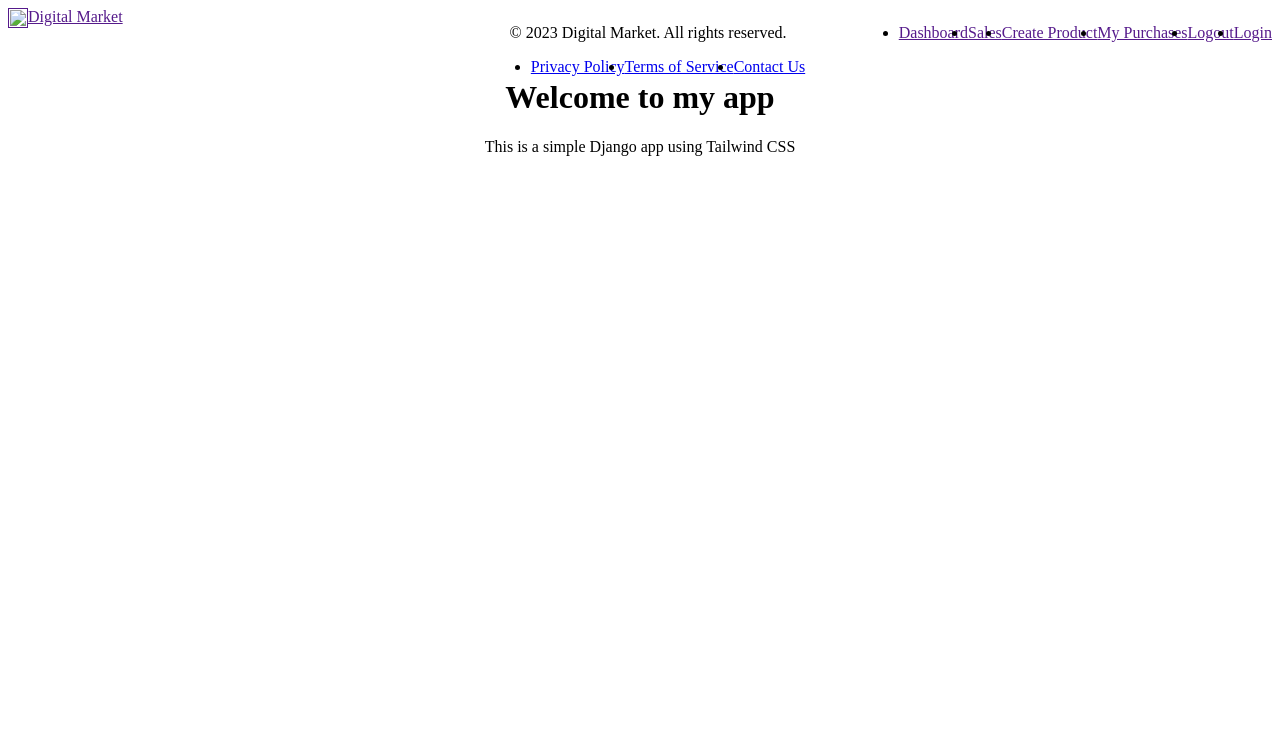
Repository: Zedestar/DigitalMarket_django
Page: http://localhost/
An editor plug-in stored every save of this project. The page is shown before and after the next save, followed by the edit.
The browser window is 1280 px wide. The page is 1288 px wide, so the pictures cover 1288 px, including what lies to the right of the window. The pictures show the whole page.
The page is served by the project's application, run on Django 5.2 (manage.py). Other server files are loaded and not shown. Style sheets and scripts are compiled from the project's sources, by tool versions that may differ from the author's.

Above is the page before, as saved 2025-03-19 17:49:39.

### myapp/templates/myapp/index.html
{% extends 'base.html' %}
{% block body %}
    <div class="container mx-auto">
        <h1 class="text-3xl font-bold text-center mt-8">Welcome to my app</h1>
        <p class="text-center mt-4">This is a simple Django app using Tailwind CSS</p>
    </div>
{% endblock body %}

### templates/base.html
{% load static %}
<!DOCTYPE html>
<html lang="en">
    <head>
        <meta charset="UTF-8">
        <meta name="viewport" content="width=device-width, initial-scale=1.0">
        <meta name="keywords">
        <meta name="description">
        <title>Document</title>
        <link rel="stylesheet" href="{% static 'tailwind/styles.css' %}">
    </head>
    <body class="bg-gray-200 flex flex-col min-h-screen">
        {% include 'partials/navbar.html' %}
        <main class="">
            {% block body %}
            {% endblock body %}
        </main>
        {% include 'partials/footer.html' %}
    </body>
</html>

### templates/partials/navbar.html
<nav class="flex justify-between shadow-lg py-2 text-sm font-medium">
    <a href="" class="flex ml-6">
        <img src="" alt="" height="20px" width="20px">
        <span class="mx-2">Digital Market</span>
    </a>
    <ul class="mr-6 flex">
        <li class="mx-4">
            <a href="">Dashboard</a>
        </li>
        <li class="mx-4">
            <a href="">Sales</a>
        </li>
        <li class="mx-4">
            <a href="">Create Product</a>
        </li>
        <li class="mx-4">
            <a href="">My Purchases</a>
        </li>
        <li class="mx-4">
            <a href="">Logout</a>
        </li>
        <li class="mx-4">
            <a href="">Login</a>
        </li>
    </ul>
</nav>

### templates/partials/footer.html
<footer class="bg-gray-200 text-black py-1 shadow-lg absolute bottom-0 w-full">
    <div class="container mx-auto text-center">
        <p>&copy; 2023 Digital Market. All rights reserved.</p>
        <ul class="flex justify-center">
            <li class="mx-4">
                <a href="#" class="hover:underline">Privacy Policy</a>
            </li>
            <li class="mx-4">
                <a href="#" class="hover:underline">Terms of Service</a>
            </li>
            <li class="mx-4">
                <a href="#" class="hover:underline">Contact Us</a>
            </li>
        </ul>
    </div>
</footer>

### myapp/views.py
from django.shortcuts import render
from .models import Product

# Create your views here.


def index(request):
    products = Product.objects.all()
    context = {
        'products' : products
    }
    return render(request, 'myapp/index.html', context=context)

### DigitalMarket/urls.py
"""
URL configuration for DigitalMarket project.

The `urlpatterns` list routes URLs to views. For more information please see:
    https://docs.djangoproject.com/en/5.1/topics/http/urls/
Examples:
Function views
    1. Add an import:  from my_app import views
    2. Add a URL to urlpatterns:  path('', views.home, name='home')
Class-based views
    1. Add an import:  from other_app.views import Home
    2. Add a URL to urlpatterns:  path('', Home.as_view(), name='home')
Including another URLconf
    1. Import the include() function: from django.urls import include, path
    2. Add a URL to urlpatterns:  path('blog/', include('blog.urls'))
"""
from django.contrib import admin
from django.urls import path, include
from django.conf import settings
from django.conf.urls.static import static

urlpatterns = [
    path('admin/', admin.site.urls),
    path('', include('myapp.urls')),
]

urlpatterns += static(settings.MEDIA_URL, document_root=settings.MEDIA_ROOT)

### myapp/urls.py
from .  import views
from django.urls import path

urlpatterns = [
    path('', views.index, name='index_view'),
]

Loaded but not shown: static/tailwind/tailwindClasses.css (common file)

After the next save:
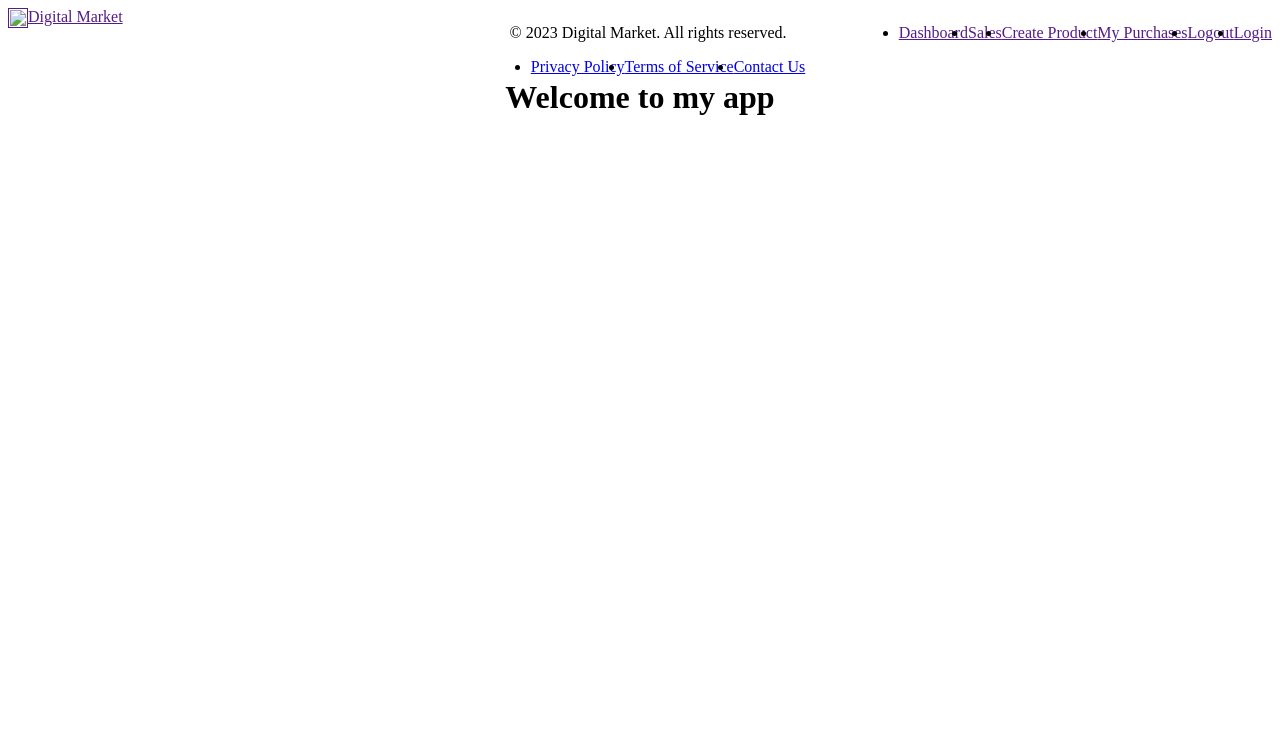
Saved 26 s later.
--- a/myapp/templates/myapp/index.html
+++ b/myapp/templates/myapp/index.html
@@ -1,7 +1,6 @@
 {% extends 'base.html' %}
 {% block body %}
     <div class="container mx-auto">
-        <h1 class="text-3xl font-bold text-center mt-8">Welcome to my app</h1>
-        <p class="text-center mt-4">This is a simple Django app using Tailwind CSS</p>
+        <h1 class="text-xl font-bold text-center mt-2">Welcome to my app</h1>
     </div>
 {% endblock body %}
